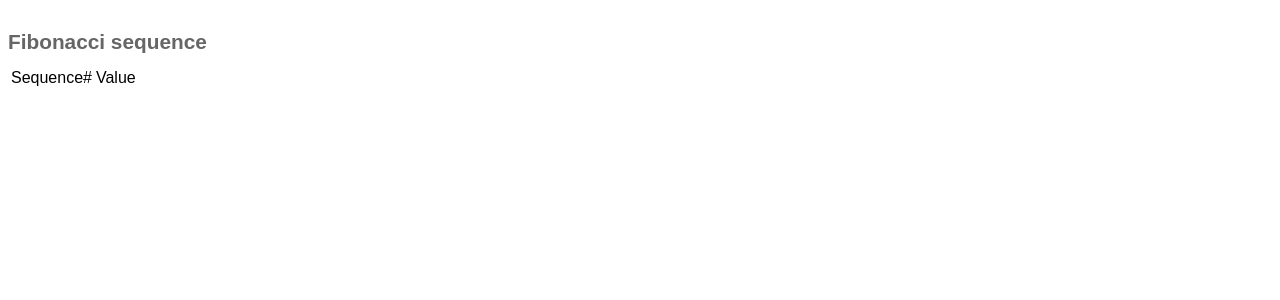
Repository: hhugohm/php_basic
Page: http://localhost/src/fibonnacci.php
These files come from the project's save history. The page is drawn as it stood at one moment and after the next save; the edit follows.
The browser window is 1280 px wide. The pictures show the whole page.
The page is run by PHP 8.4 with error messages shown; the project is at /var/www/html/.

Above is the page before, as saved 2017-06-08 22:13:16.

After the next save:
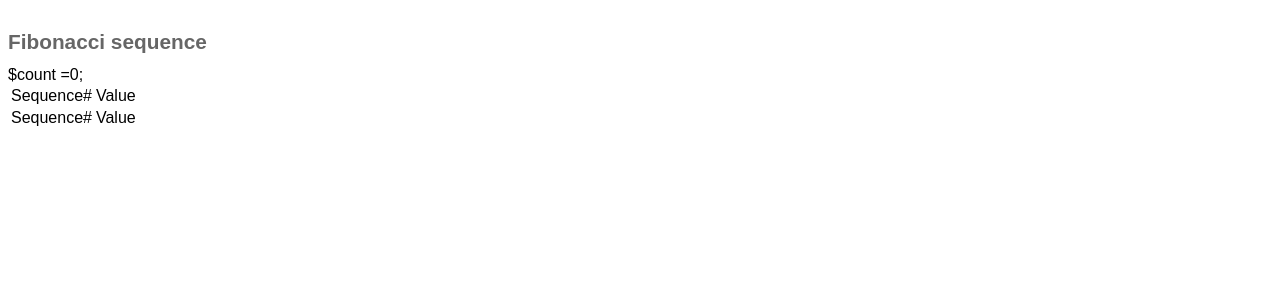
Saved 90 s later.
--- a/php_unidad4/src/fibonnacci.php
+++ b/php_unidad4/src/fibonnacci.php
@@ -7,12 +7,16 @@
 <body>
 <h2>Fibonacci sequence</h2>
 
+$count =0;
 <table>
 	<tr>
 		<td>Sequence#  </td>
 		<td>Value      </td>
 	</tr>
-
+	<tr>
+		<td>Sequence#  </td>
+		<td>Value      </td>
+	</tr>
 
 </table>
 
